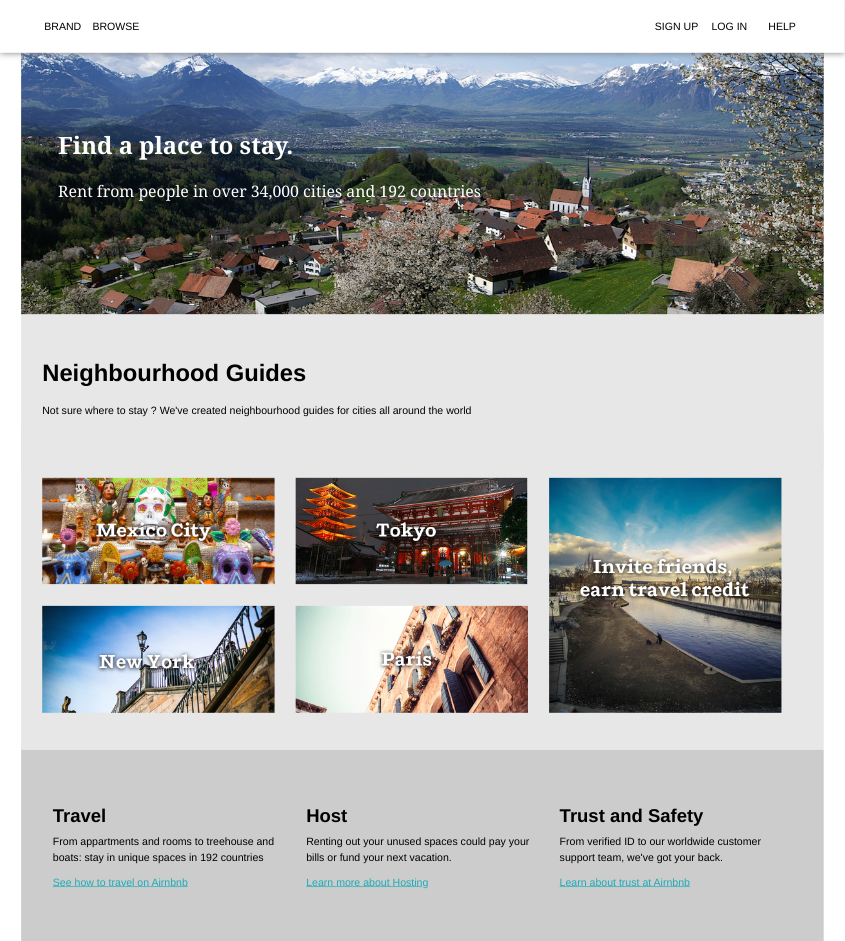
Repository: Naohonproject/web101x02-asm3
Page: Project3.html
These files come from the project's save history. The page is drawn as it stood at one moment and after the next save; the edit follows.
The browser window is 1280 px wide. The pictures show the whole page, at 66% of full size.

Above is the page before, as saved 2022-01-22 18:04:46.

After the next save:
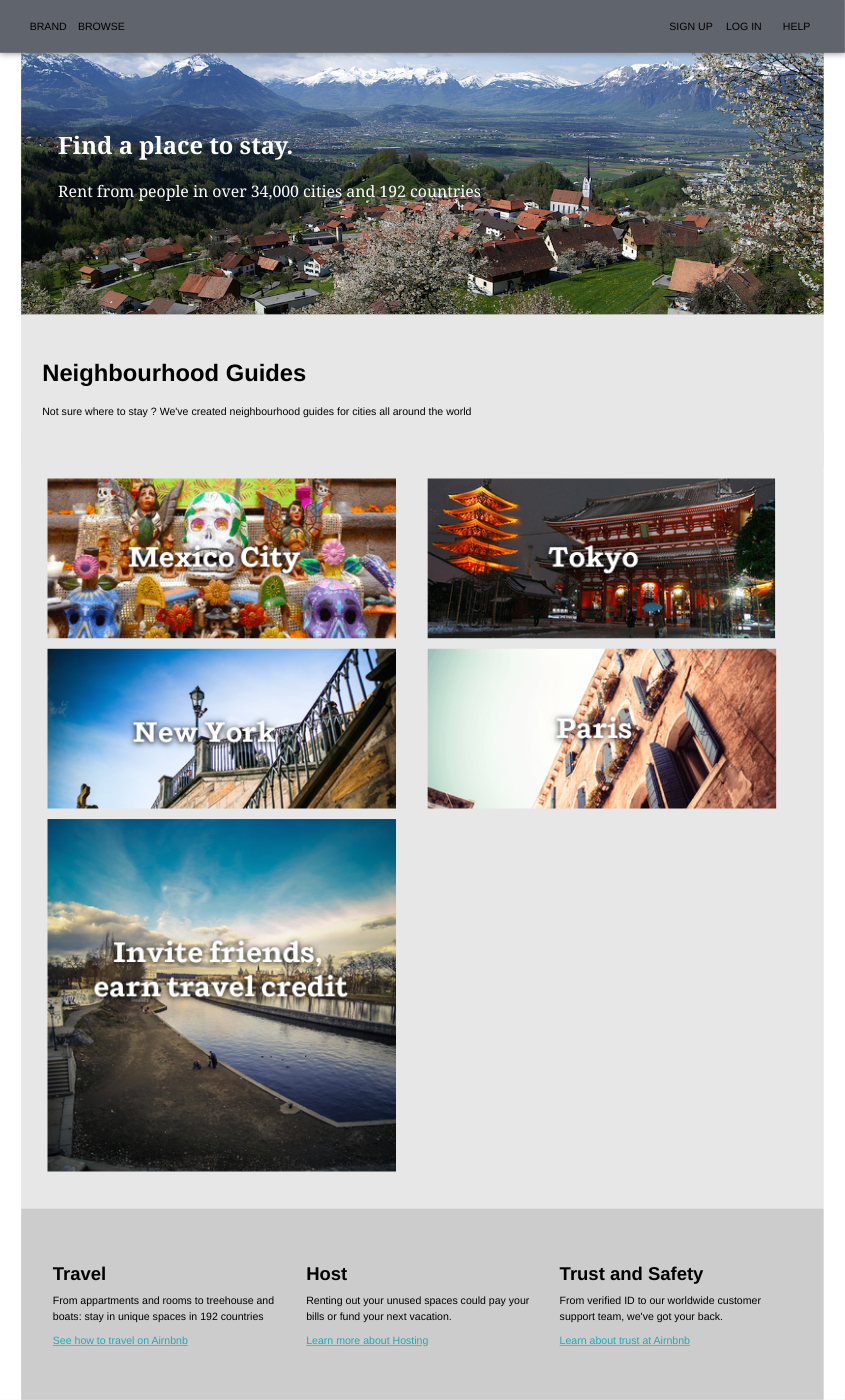
Saved 36 s later.
--- a/Project3.html
+++ b/Project3.html
@@ -10,6 +10,7 @@
 
 		<link rel="stylesheet" href="./assets/css/mobile.css" />
 		<link rel="stylesheet" href="./assets/css/responsive.css" />
+		<link rel="stylesheet" href="/assets/css/tablet.css" />
 		<title>Home</title>
 	</head>
 	<body id="web-container">

After the 6 saves that followed:
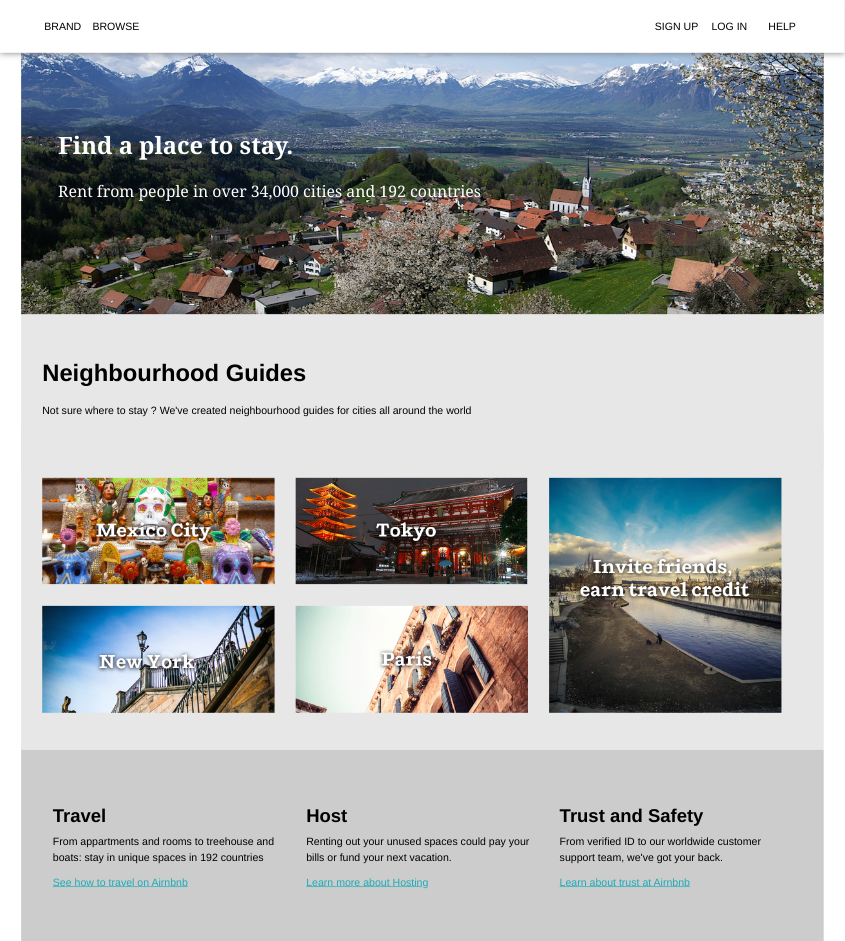
The 6 saves are shown as one change because 3 left the picture as it was and some came seconds apart.
The last was saved 69 s later.
--- a/Project3.html
+++ b/Project3.html
@@ -9,9 +9,9 @@
 		<link rel="stylesheet" href="./assets/css/general.css" />
 
 		<link rel="stylesheet" href="./assets/css/mobile.css" />
-		<link rel="stylesheet" href="./assets/css/responsive.css" />
 		<link rel="stylesheet" href="/assets/css/tablet.css" />
 		<title>Home</title>
+		<link rel="stylesheet" href="./assets/css/desktop.css" />
 	</head>
 	<body id="web-container">
 		<header id="header">
--- a/assets/css/desktop.css
+++ b/assets/css/desktop.css
@@ -1,105 +1,3 @@
-/**
- * /* ========responsive for tablet==============
- *
- * @format
- */
-
-@media screen and (min-width: 768px) {
-	#header {
-		background-color: #60646d;
-	}
-
-	.nav-bar {
-		padding: 0 28px;
-	}
-
-	.left-col {
-		justify-content: flex-start;
-	}
-
-	.right-col {
-		justify-content: flex-end;
-	}
-
-	.ml {
-		margin-left: 14px;
-	}
-
-	.mr {
-		margin-right: 14px;
-	}
-
-	.img-list-wrapper {
-		margin: 0 -24px;
-	}
-
-	.col-tablet-1 {
-		width: 8.33%;
-	}
-	.col-tablet-2 {
-		width: 16.66%;
-	}
-	.col-tablet-3 {
-		width: 25%;
-	}
-	.col-tablet-4 {
-		width: 33.33%;
-	}
-	.col-tablet-5 {
-		width: 41.66%;
-	}
-	.col-tablet-6 {
-		width: 50%;
-		padding: 0 24px;
-	}
-	.col-tablet-7 {
-		width: 58.33%;
-	}
-	.col-tablet-8 {
-		width: 66.66%;
-	}
-	.col-tablet-9 {
-		width: 75%;
-	}
-	.col-tablet-10 {
-		width: 83.33%;
-	}
-	.col-tablet-11 {
-		width: 91.66%;
-	}
-	.col-tablet-12 {
-		width: 100%;
-	}
-
-	#footer p {
-		padding-top: 0;
-	}
-
-	#main {
-		padding-bottom: 0;
-	}
-
-	#footer {
-		padding-top: 0;
-		padding-bottom: 0;
-	}
-
-	.footer-block {
-		margin-top: 32px;
-	}
-
-	#banner {
-		border-bottom: 1px solid #d4d4d4;
-	}
-
-	div[class*="-desc"] {
-		padding-bottom: 32px;
-	}
-
-	#img-list {
-		margin-top: -56px;
-	}
-}
 
 /* ========responsive for desktop */
 
